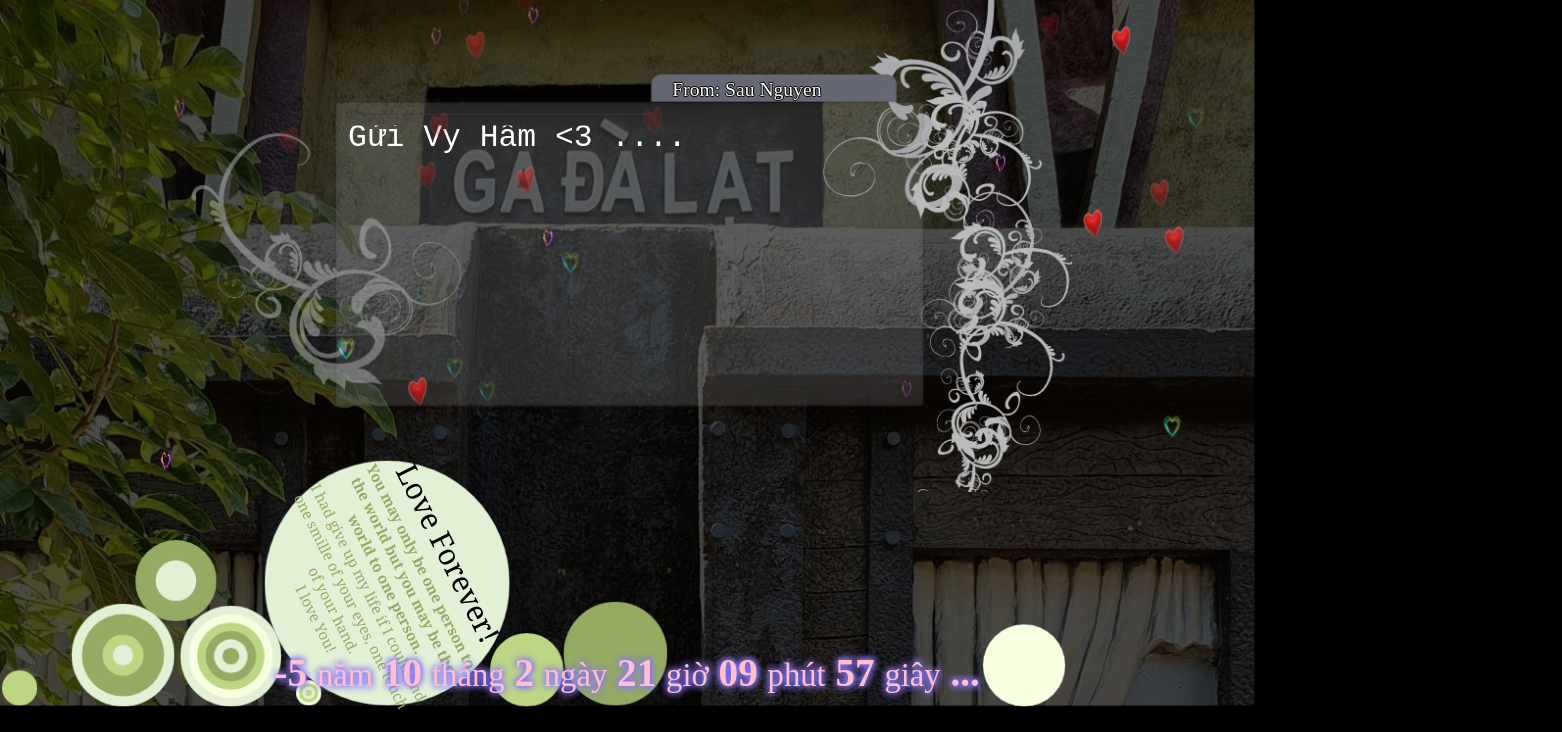
Repository: saunptit97/hpbdmon
Page: index.html
An editor plug-in stored every save of this project. The page is shown before and after the next save, followed by the edit.
The browser window is 1280 px wide. The page is 1594 px wide, so the pictures cover 1594 px, including what lies to the right of the window. The pictures show the whole page, at 98% of full size.

Above is the page before, as saved 2022-11-12 21:06:58.
Console error: TypeError: $(...).play is not a function

### index.html
<!DOCTYPE html PUBLIC "-//W3C//DTD XHTML 1.0 Transitional//EN" "http://www.w3.org/TR/xhtml1/DTD/xhtml1-transitional.dtd">
<html xmlns="http://www.w3.org/1999/xhtml">
<head>
    <meta http-equiv="Page-Enter" content="progid:DXImageTransform.Microsoft.Fade(duration=1)">
    <meta http-equiv="Page-Exit" content="progid:DXImageTransform.Microsoft.Fade(duration=1)">
    <meta http-equiv="X-UA-Compatible" content="chrome=1">
    <meta http-equiv="Content-Type" content="text/html; charset = UTF-8" />
    <link rel="shortcut icon" href="favicon.ico" />
    <link rel="Stylesheet" href="style.css" type="text/css" />
    <title>Tớ <3 Cậu</title>
    <script type="text/javascript" src="jquery.min.js"></script>
    <script type="text/javascript" src="counterup.js"></script>
    <script type="text/javascript" src="timroi.js"></script>
    <script language="javascript">

        title_tmp1 = 'Tớ <3 Cậu'

        if (title_tmp1.indexOf(">>") != -1) {

            title_tmp2 = title_tmp1.split(">>");

            title_last = "*~*" + title_tmp2[1];

            title_last = title_last + "*~*" + title_tmp2[2];

        } else {



            if (title_tmp1.indexOf("*~*") != -1) {

                title_tmp2 = title_tmp1.split("*~*");

                title_last = "*~*" + title_tmp2[1];

                if (title_last == "*~*") { title_last = "*~*" };

                if (title_last == "*~*") { title_last = "*~*" };

            }

            else { title_last = " Tớ <3 Cậu " }

        }

        title_new = "" + title_last + ""

        step = 0

        function flash_title() {

            step++

            if (step == 8) { step = 1 }

            if (step == 1) { document.title = '[~~~*' + title_new + '*~~~]' }

            if (step == 2) { document.title = '[~~*~' + title_new + '-*~~]' }

            if (step == 3) { document.title = '[~*~~' + title_new + '~~*~]' }

            if (step == 4) { document.title = '[*~~~' + title_new + '~~~*]' }

            if (step == 5) { document.title = '[~*~~' + title_new + '~~*~]' }

            if (step == 6) { document.title = '[~~*~' + title_new + '~*~~]' }

            if (step == 7) { document.title = '[~~~*' + title_new + '*~~~]' }

            setTimeout("flash_title()", 180);

        }

        flash_title();

        function scrollToBottom(elm_id) {
            var elm = document.getElementById(elm_id);
            try {
                elm.scrollTop = elm.scrollHeight;
            }
            catch (e) {
                var f = document.createElement("input");
                if (f.setAttribute) f.setAttribute("type", "text")
                if (elm.appendChild) elm.appendChild(f);
                f.style.width = "0px";
                f.style.height = "0px";
                if (f.focus) f.focus();
                if (elm.removeChild) elm.removeChild(f);
            }
        }

    </script>

</head>
<body onload="javascript:teclear();">
    <div id="TextCounter">
        <span id="counter">
            <script type="text/javascript">
                new CountUp('September 30 2022 00:00:00', 'counter', "...  ");
            </script>
        </span>
    </div>

    <div id="BgContent">
    	<audio id="audio" style="display:none;" src="Dang-Em-Duong-Edward.mp3" autoplay loop > </audio>
        <div id="copyright">
            From: Sau Nguyen
        </div>
        <div id="TextContent">
        </div>
        <div id="MusicPlayer">
            <iframe src=Dang-Em-Duong-Edward.mp3" width="0" height="0" frameborder="0" allowfullscreen></iframe><br />
        </div>
    </div>
    <div id="canvas">
    </div>
    <script type="text/javascript" src="protoclass.js"></script>
    <script type="text/javascript" src="box2d.js"></script>
    <script type="text/javascript" src="Main.js"></script>
    <script language="javascript" type="text/javascript">
        mensaje =
'<font size="6" face="Courier New" color="#fff">Gửi Vy Hâm <3 ....<br></font>' + ' <br>' +

'<font color="#fff" size="4">Tớ hậu đậu, tớ vô tâm, tớ không giỏi ăn nói,... Nhưng những lời sau đây là thật lòng nhé...</font><br>' +
'<font color="#fff" size="4">Khi gặp được cậu, tớ mới nhận ra tình yêu là gì! Là khi trời đổ mưa, tớ không quan tâm trên đầu mình đã có ô chưa, cái tớ nghĩ đến là chỗ cậu có ướt không! Là khi chụp vội một bức ảnh hoàng hôn thật đẹp, cái tớ làm ngay sau đó là gửi cho cậu, ý tớ muốn là có thể thả vào buổi chiều nơi cậu thật nhiều sự dịu dàng </font><br>' +
'<br>    ' +
'<br>' +

'<p align="left"> <font face="Courier New" color="#fff" size="6">Tớ <3 Cậu ...!! </font></p>';
        line = 0;
        cursor = '_';
        function teclear() {
            if (line == mensaje.length) cursor = '';
            document.getElementById('TextContent').innerHTML = mensaje.substring(0, line) + cursor;
            var objDiv = document.getElementById("TextContent");
            objDiv.scrollTop = objDiv.scrollHeight;
            if (line++ < mensaje.length) setTimeout("teclear()", 60);
        }
    </script>
</body>
</html>

<script type="text/javascript">
	jQuery(document).ready(function($) {
		$("#audio").play();
	});
</script>

### style.css
body
{
    padding: 0px;
    margin: 0px;
    overflow: hidden;
    /*background-image: url('background.jpg');*/
    /*background-position: top center;*/
}

body:before{
    overflow: hidden;
    background-image: url('bg.jpeg');
    background-position: top center;
    content: "";
    display: block;
    position: absolute;
    z-index: -1;
    width: 100%;
    height: 100%;
    opacity: .3;
}
#TextCounter
{
    text-align: center;
    color: pink;
    font-size: 18px;
    position: absolute;
    bottom: 10px;
    width: 100%;
    z-index: 9999999;
    font: 40px 'ChunkFiveRegular';
    text-shadow: 0 0 0.2em #87F, 0 0 0.2em #87F, 0 0 0.2em #87F;
}


#copyright
{

    padding-top:80px;

    color: #fff;
    width: 100%;
    font-size: 20px;
    padding-left:500px;
    text-shadow: -1px 0 black, 0 1px black, 1px 0 black, 0 -1px black;
}


#BgContent
{
    height: 621px;
    width: 908px;
    position:relative;
    clear:both;
    margin-left: auto;
    margin-right: auto;
    background-image: url('bgcontent.png');
    background-position: top center;
    background-repeat: no-repeat;

}

#MusicPlayer
{
    margin-top:15px;
    padding-left:450px;

}


#TextContent
{
    height:275px;
    width:570px;
    margin-top:25px;
    line-height:25px;

    z-index:9999999;

    margin-left:auto;
    margin-right:auto;
    overflow:hidden;

}

### counterup.js
function CountUp(initDate, id, msg){
  this.beginDate = new Date(initDate);
  this.msg = msg;
  this.numOfDays = [ 31, 28, 31, 30, 31, 30, 31, 31, 30, 31, 30, 31 ];
  this.borrowed = 0, this.years = 0, this.months = 0, this.days = 0;
  this.hours = 0, this.minutes = 0, this.seconds = 0;
  this.updateNumOfDays();
  this.calculate(id);
}

CountUp.prototype.updateNumOfDays=function(){
  var dateNow = new Date();
  var currYear = dateNow.getFullYear();
  if ( (currYear % 4 == 0 && currYear % 100 != 0 ) || currYear % 400 == 0 ) {
    this.numOfDays[1] = 29;
  }
  var self = this;
  setTimeout(function(){self.updateNumOfDays();}, (new Date((currYear+1), 1, 1) - dateNow));
}

CountUp.prototype.datePartDiff=function(then, now, MAX){
  var diff = now - then - this.borrowed;
  this.borrowed = 0;
  if ( diff > -1 ) return diff;
  this.borrowed = 1;
  return (MAX + diff);
}

CountUp.prototype.formatTime=function(){
  this.seconds = this.addLeadingZero(this.seconds);
  this.minutes = this.addLeadingZero(this.minutes);
  this.hours = this.addLeadingZero(this.hours);
}

CountUp.prototype.addLeadingZero=function(value){
  return value < 10 ? ("0" + value) : value;
}

CountUp.prototype.calculate = function (id) {
    var currDate = new Date();
    var prevDate = this.beginDate;
    this.seconds = this.datePartDiff(prevDate.getSeconds(), currDate.getSeconds(), 60);
    this.minutes = this.datePartDiff(prevDate.getMinutes(), currDate.getMinutes(), 60);
    this.hours = this.datePartDiff(prevDate.getHours(), currDate.getHours(), 24);
    this.days = this.datePartDiff(prevDate.getDate(), currDate.getDate(), this.numOfDays[currDate.getMonth()]);
    this.months = this.datePartDiff(prevDate.getMonth(), currDate.getMonth(), 12);
    this.years = this.datePartDiff(prevDate.getFullYear(), currDate.getFullYear(), 0);
    this.formatTime();
    var countainer = document.getElementById(id);
    countainer.innerHTML = "<strong>" + this.years + "</strong> <small>năm</small>" +
    " <strong>" + this.months + "</strong> <small>tháng</small>" +
    " <strong>" + this.days + "</strong> <small>ngày</small>" +
    " <strong>" + this.hours + "</strong> <small>giờ</small>" +
    " <strong>" + this.minutes + "</strong> <small>phút</small>" +
    " <strong>" + this.seconds + "</strong> <small>giây</small>" +
    " <strong> " + this.msg + " </strong>";
    var self = this;
    setTimeout(function () { self.calculate(id); }, 1000);
}

### timroi.js
    if(typeof $pdj=='undefined'){
        var $pdj=jQuery.noConflict()
        }

    if(!image_urls){
        var image_urls=Array()
    }

    if(!flash_urls){
        var flash_urls=Array()
    }

    image_urls['rain']="heart2.png";
    image_urls['heart']="heartr.png";
    image_urls['rain2']="heart3.png";

    $pdj(document).ready(function(){
        var c=$pdj(window).width();
        var d=$pdj(window).height();
        var e=function(a,b){
                return Math.round(a+(Math.random()*(b-a)))
                };
    var f=function(a){
            setTimeout(function(){
                a.css({
                        left:e(0,c)+'px',
                        top:'-30px',
                        display:'block',
                        opacity:'0.'+e(10,100)}).animate({top:(d-10)+'px'},
                        e(7500,8000),
                function(){
                        $pdj(this).fadeOut('slow',
                        function(){f(a)})})},e(1,8000))
                    };
                    $pdj('<div></div>').attr('id','rainDiv').css({position:'fixed',width:(c-20)+'px',height:'1px',left:'0px',top:'-5px',display:'block'}).appendTo('body');

                    for(var i=1;i<=20;i++){
                        var g=$pdj('<img/>').attr('src',image_urls['rain']).css({position:'absolute',left:e(0,c)+'px',top:'-30px',display:'block',opacity:'0.'+e(10,100),'margin-left':0, width:'20px', height : '30px'}).addClass('rainDrop').appendTo('#rainDiv');
                        f(g);
                        g=null
                        var g=$pdj('<img/>').attr('src',image_urls['heart']).css({position:'absolute',left:e(0,c)+'px',top:'-30px',display:'block',opacity:'0.'+e(10,100),'margin-left':0, width:'20px', height : '30px'}).addClass('rainDrop').appendTo('#rainDiv');
                      f(g);
                        g=null
                         var g=$pdj('<img/>').attr('src',image_urls['rain2']).css({position:'absolute',left:e(0,c)+'px',top:'-30px',display:'block',opacity:'0.'+e(10,100),'margin-left':0, width:'20px', height : '30px'}).addClass('rainDrop').appendTo('#rainDiv');
                        f(g);
                        g=null
                    };
                    var h=0;
                    var j=0;
                    $pdj(window).resize(function () { c = $pdj(window).width(); d = $pdj(window).height() })
                });

### protoclass.js

/* Based on Alex Arnell's inheritance implementation. */
var Class = {
  create: function() {
    var parent = null, properties = $A(arguments);
    if (Object.isFunction(properties[0]))
      parent = properties.shift();

    function klass() {
      this.initialize.apply(this, arguments);
    }

    Object.extend(klass, Class.Methods);
    klass.superclass = parent;
    klass.subclasses = [];

    if (parent) {
      var subclass = function() { };
      subclass.prototype = parent.prototype;
      klass.prototype = new subclass;
      parent.subclasses.push(klass);
    }

    for (var i = 0; i < properties.length; i++)
      klass.addMethods(properties[i]);

    if (!klass.prototype.initialize)
      klass.prototype.initialize = this.emptyFunction;

    klass.prototype.constructor = klass;

    return klass;
  },
  emptyFunction:function () {},

};

Class.Methods = {
  addMethods: function(source) {
    var ancestor   = this.superclass && this.superclass.prototype;
    var properties = Object.keys(source);

    if (!Object.keys({ toString: true }).length)
      properties.push("toString", "valueOf");

    for (var i = 0, length = properties.length; i < length; i++) {
      var property = properties[i], value = source[property];
      if (ancestor && Object.isFunction(value) &&
          value.argumentNames().first() == "$super") {
        var method = value, value = Object.extend((function(m) {
          return function() { return ancestor[m].apply(this, arguments) };
        })(property).wrap(method), {
          valueOf:  function() { return method },
          toString: function() { return method.toString() }
        });
      }
      this.prototype[property] = value;
    }

    return this;
  }
};

Object.extend = function(destination, source) {
  for (var property in source)
    destination[property] = source[property];
  return destination;
};

Object.extend(Object, {
  inspect: function(object) {
    try {
      if (Object.isUndefined(object)) return 'undefined';
      if (object === null) return 'null';
      return object.inspect ? object.inspect() : String(object);
    } catch (e) {
      if (e instanceof RangeError) return '...';
      throw e;
    }
  },

  toJSON: function(object) {
    var type = typeof object;
    switch (type) {
      case 'undefined':
      case 'function':
      case 'unknown': return;
      case 'boolean': return object.toString();
    }

    if (object === null) return 'null';
    if (object.toJSON) return object.toJSON();
    if (Object.isElement(object)) return;

    var results = [];
    for (var property in object) {
      var value = Object.toJSON(object[property]);
      if (!Object.isUndefined(value))
        results.push(property.toJSON() + ': ' + value);
    }

    return '{' + results.join(', ') + '}';
  },

  toQueryString: function(object) {
    return $H(object).toQueryString();
  },

  toHTML: function(object) {
    return object && object.toHTML ? object.toHTML() : String.interpret(object);
  },

  keys: function(object) {
    var keys = [];
    for (var property in object)
      keys.push(property);
    return keys;
  },

  values: function(object) {
    var values = [];
    for (var property in object)
      values.push(object[property]);
    return values;
  },

  clone: function(object) {
    return Object.extend({ }, object);
  },

  isElement: function(object) {
    return object && object.nodeType == 1;
  },

  isArray: function(object) {
    return object != null && typeof object == "object" &&
      'splice' in object && 'join' in object;
  },

  isHash: function(object) {
    return object instanceof Hash;
  },

  isFunction: function(object) {
    return typeof object == "function";
  },

  isString: function(object) {
    return typeof object == "string";
  },

  isNumber: function(object) {
    return typeof object == "number";
  },

  isUndefined: function(object) {
    return typeof object == "undefined";
  }
});

function $A(iterable) {
  if (!iterable) return [];
  if (iterable.toArray) return iterable.toArray();
  var length = iterable.length || 0, results = new Array(length);
  while (length--) results[length] = iterable[length];
  return results;
}

if (WebKit = navigator.userAgent.indexOf('AppleWebKit/') > -1) {
  $A = function(iterable) {
    if (!iterable) return [];
    if (!(Object.isFunction(iterable) && iterable == '[object NodeList]') &&
        iterable.toArray) return iterable.toArray();
    var length = iterable.length || 0, results = new Array(length);
    while (length--) results[length] = iterable[length];
    return results;
  };
}

Loaded but not shown: jquery.min.js (library); box2d.js (library); Main.js (512 lines, source omitted)

After the next save:
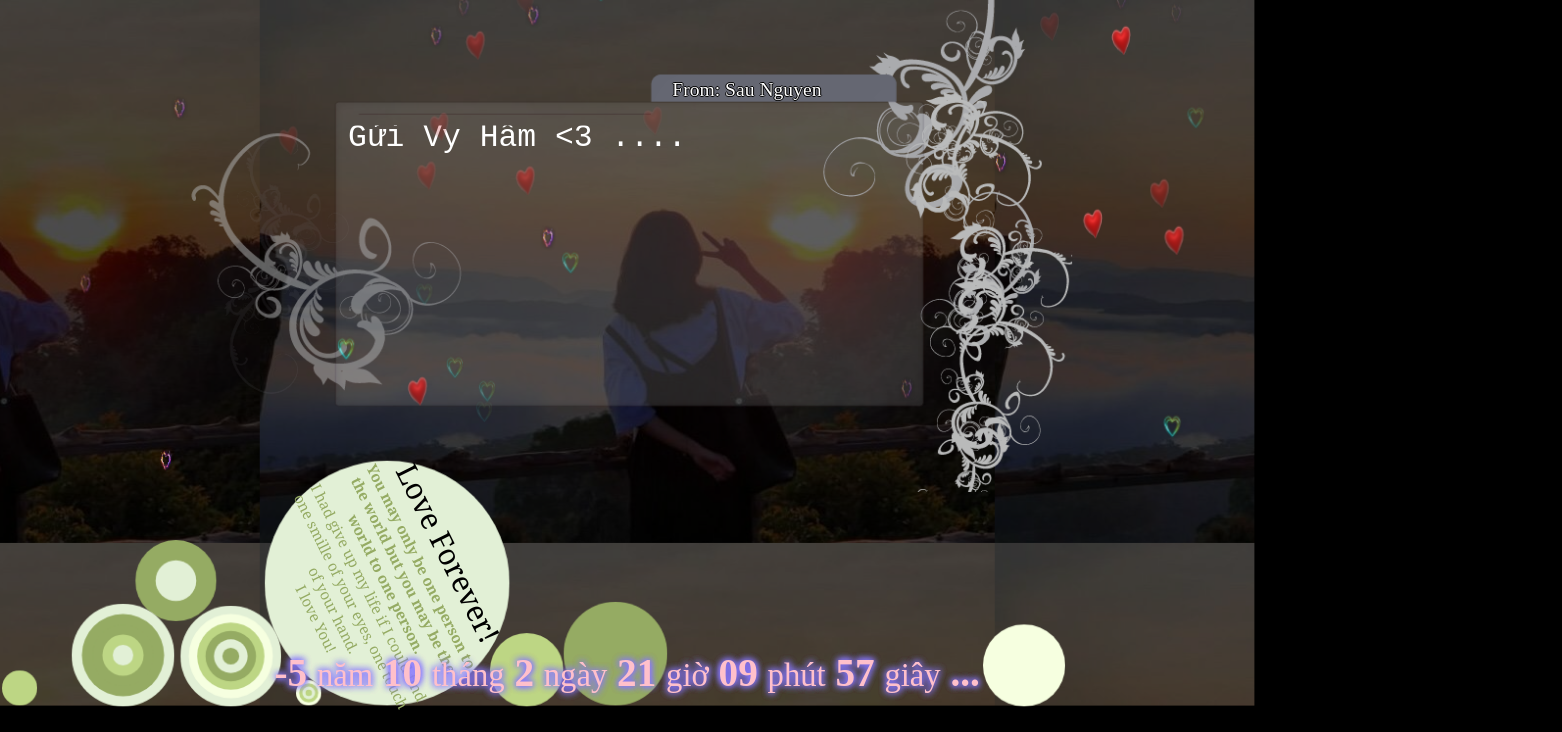
Saved 2 min 41 s later.
--- a/style.css
+++ b/style.css
@@ -9,7 +9,7 @@ body
 
 body:before{
     overflow: hidden;
-    background-image: url('bg.jpeg');
+    background-image: url('vy.jpeg');
     background-position: top center;
     content: "";
     display: block;
